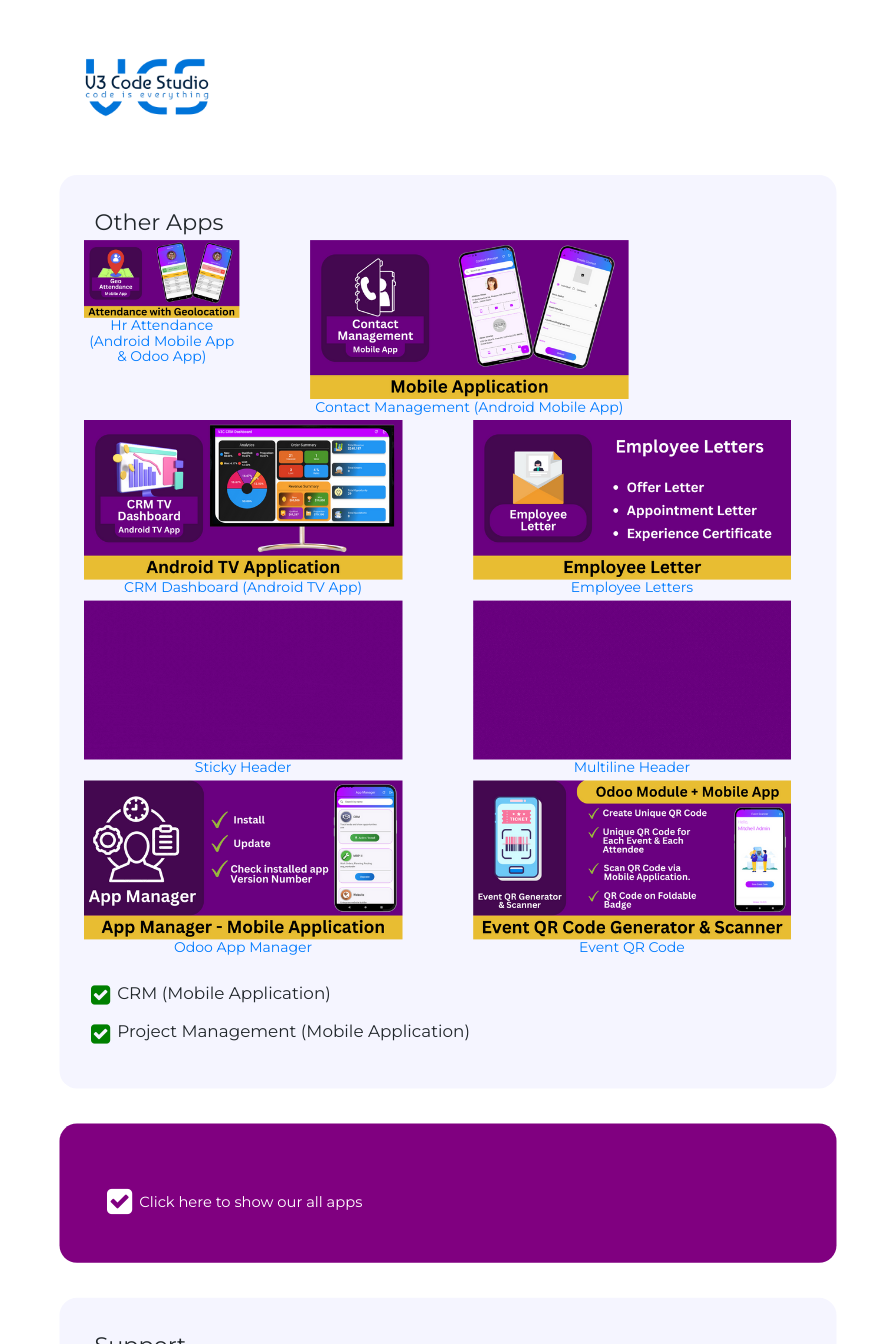
Repository: VivekVithlani/odoo_apps_list
Page: index.html
An editor plug-in stored every save of this project. The page is shown before and after a run of saves, followed by the edit.
The browser window is 1280 px wide. The pictures show the part of the page from y = 0 to 1920 px (the page is 2569 px tall before and 2591 px after), at 70% of full size.

Above is the page before, as saved 2023-12-14 15:18:11.

### index.html
<?xml version="1.0" encoding="utf-8" ?>
<!DOCTYPE html PUBLIC "-//W3C//DTD XHTML 1.0 Transitional//EN" "http://www.w3.org/TR/xhtml1/DTD/xhtml1-transitional.dtd">
<html xmlns="http://www.w3.org/1999/xhtml" xml:lang="en" lang="en">
  <head>
    <meta charset="utf-8" />
    <meta http-equiv="X-UA-Compatible" content="IE=edge" />
    <title>Document</title>
    <meta name="viewport" content="width=device-width, initial-scale=1" />
    <link
      rel="stylesheet"
      href="https://stackpath.bootstrapcdn.com/bootstrap/4.3.1/css/bootstrap.min.css"
    />
    <link
      href="https://fonts.googleapis.com/css?family=Montserrat"
      rel="stylesheet"
    />
    <link
      href="https://stackpath.bootstrapcdn.com/font-awesome/4.7.0/css/font-awesome.min.css"
      rel="stylesheet"
      integrity="sha384-wvfXpqpZZVQGK6TAh5PVlGOfQNHSoD2xbE+QkPxCAFlNEevoEH3Sl0sibVcOQVnN"
      crossorigin="anonymous"
    />
  </head>
  <!-- odoo description page css -->
  <style>
    h1,
    h2,
    h3,
    h4,
    h5,
    h6,
    .h1,
    .h2,
    .h3,
    .h4,
    .h5,
    .h6 {
      font-family: "Montserrat", sans-serif;
      font-weight: 400;
      line-height: 1.1;
      color: #21272b;
    }

    ul {
      color: #222020;
    }

    * {
      font-family: "Montserrat", sans-serif;
    }

    .sb-faq-container .panel .panel-heading a:before {
      content: "\f056";
      font-family: "FontAwesome";
      position: absolute;
      top: 7px;
      left: 5px;
      bottom: auto;
      right: auto;
      color: #3b3b98;
    }

    .sb-faq-container .panel .panel-heading a.collapsed:before {
      content: "\f055";
      font-family: "FontAwesome";
      position: absolute;
      top: 7px;
      left: 5px;
      bottom: auto;
      right: auto;
      color: #3b3b98;
    }
  </style>

  <body>
    <div class="container">
      <div
        style="
          margin: 0px;
          width: 100%;
          align-items: center;
          align-self: center;
        "
      >
        <img
          style="align-self: center; height: 250px"
          src="./vcs_icon.png"
          alt="Icon"
          class="inline"
          loading="lazy"
        />
      </div>

      <!-- Other Apps -->
      <div
        style="
          padding: 50px;
          margin-bottom: 50px;
          background: #f5f5ff;
          border-radius: 25px;
        "
      >
        <h2>Other Apps</h2>

        <div class="row" style="width: 100%">
          <div style="width: 22%; justify-content: center">
            <div>
              <img
                style="align-self: center; width: 100%; height: auto"
                src="./AppsBanner/attendance_mobile_app.png"
                alt="ServerDetails"
                class="inline"
                loading="lazy"
              />
            </div>
            <div>
              <h5 style="text-align: center">
                <a
                  href="https://apps.odoo.com/apps/modules/16.0/v3c_hr_attendance"
                  >Hr Attendance (Android Mobile App & Odoo App)</a
                >
              </h5>
            </div>
          </div>
          <div style="width: 10%"></div>
          <div style="width: 45%; justify-content: center">
            <div>
              <img
                style="align-self: center; width: 100%; height: auto"
                src="./AppsBanner/contact_manager_android_app.png"
                alt="ServerDetails"
                class="inline"
                loading="lazy"
              />
            </div>
            <div>
              <h5 style="text-align: center">
                <a
                  href="https://apps.odoo.com/apps/modules/16.0/v3c_contact_management/"
                  >Contact Management (Android Mobile App)</a
                >
              </h5>
            </div>
          </div>
        </div>

        <div class="row" style="width: 100%">
          <div style="width: 45%; justify-content: center">
            <div>
              <img
                style="align-self: center; width: 100%; height: auto"
                src="./AppsBanner/crm_dashboard_tv_app.png"
                alt="ServerDetails"
                class="inline"
                loading="lazy"
              />
            </div>
            <div>
              <h5 style="text-align: center">
                <a
                  href="https://apps.odoo.com/apps/modules/16.0/v3c_crm_dashboard/"
                  >CRM Dashboard (Android TV App)</a
                >
              </h5>
            </div>
          </div>
          <div style="width: 10%"></div>
          <div style="width: 45%; justify-content: center">
            <div>
              <img
                style="align-self: center; width: 100%; height: auto"
                src="./AppsBanner/employee_letter_app.png"
                alt="ServerDetails"
                class="inline"
                loading="lazy"
              />
            </div>
            <div>
              <h5 style="text-align: center">
                <a
                  href="https://apps.odoo.com/apps/modules/15.0/v3c_employee_letters/"
                  >Employee Letters</a
                >
              </h5>
            </div>
          </div>
        </div>

        <div class="row" style="width: 100%">
          <div style="width: 45%; justify-content: center">
            <div>
              <img
                style="align-self: center; width: 100%; height: auto"
                src="./AppsBanner/stickey_headers_app.gif"
                alt="ServerDetails"
                class="inline"
                loading="lazy"
              />
            </div>

            <!-- Sticky Header -->
            <div>
              <h5 style="text-align: center">
                <a
                  href="https://apps.odoo.com/apps/modules/16.0/v3c_sticky_header/"
                  >Sticky Header</a
                >
              </h5>
            </div>
          </div>
          <div style="width: 10%"></div>

          <div style="width: 45%; justify-content: center">
            <div>
              <img
                style="align-self: center; width: 100%; height: auto"
                src="./AppsBanner/multiline_header.gif"
                alt="ServerDetails"
                class="inline"
                loading="lazy"
              />
            </div>

            <!-- Mulyiline Header -->
            <div>
              <h5 style="text-align: center">
                <a
                  href="https://apps.odoo.com/apps/modules/15.0/v3c_table_header_multiline/"
                  >Multiline Header</a
                >
              </h5>
            </div>
          </div>
        </div>

        <div class="row" style="width: 100%">
          <div style="width: 45%; justify-content: center">
            <div>
              <img
                style="align-self: center; width: 100%; height: auto"
                src="./AppsBanner/AppManager.png"
                alt="ServerDetails"
                class="inline"
                loading="lazy"
              />
            </div>

            <!-- Odoo App Manager -->
            <div>
              <h5 style="text-align: center">
                <a
                  href="https://apps.odoo.com/apps/modules/16.0/app_manager_module/"
                  >Odoo App Manager</a
                >
              </h5>
            </div>
          </div>
          <div style="width: 10%"></div>

          <!-- Event QR Code Start -->
          <div style="width: 45%; justify-content: center">
            <div>
              <img
                style="align-self: center; width: 100%; height: auto"
                src="./AppsBanner/event_qr_code.png"
                alt="ServerDetails"
                class="inline"
                loading="lazy"
              />
            </div>

            <!-- Event QR Code -->
            <div>
              <h5 style="text-align: center">
                <a
                  href="https://apps.odoo.com/apps/modules/16.0/odoo_event_qrcode/"
                  >Event QR Code</a
                >
              </h5>
            </div>
          </div>
          <!-- Event QR Code End -->

          <div style="width: 45%; justify-content: center"></div>
        </div>
        <br />

        <!-- CRM Mobile App -->
        <div class="row" style="padding: 10px">
          <i
            class="fa fa-check-square fa-2x"
            style="color: green; padding-right: 10px"
            aria-hidden="true"
          ></i>
          <h4>CRM (Mobile Application)</h4>
        </div>

        <!-- Project Management Mobile App -->
        <div class="row" style="padding: 10px">
          <i
            class="fa fa-check-square fa-2x"
            style="color: green; padding-right: 10px"
            aria-hidden="true"
          ></i>
          <h4>Project Management (Mobile Application)</h4>
        </div>
      </div>
      <!-- Other Apps End-->

      <div
        style="
          padding: 50px;
          margin-bottom: 50px;
          background-color: purple;
          border-radius: 25px;
          color: white;
        "
      >
        <a
          style="
            align-self: center;
            text-align: center;
            border-radius: 10px;
            background-color: purple;
            color: white;
            margin-top: 25px;
            font-size: 21px;
          "
          class="d-flex align-items-center px-2 py-3"
          href="https://apps.odoo.com/apps/browse?repo_maintainer_id=509726"
        >
          <i
            class="fa fa-check-square fa-2x"
            style="margin-right: 10px; margin-left: 10px"
            aria-hidden="true"
          ></i>
          Click here to show our all apps
        </a>
        <!--
        <a
          style="
            align-self: center;
            text-align: center;
            border-radius: 10px;
            color: white;
            margin-top: 25px;
          "
          class="d-flex align-items-center px-2 py-3"
          href="https://apps.odoo.com/apps/browse?repo_maintainer_id=509726"
        >
          <h2>Click here to show all apps list</h2>
        </a> -->
      </div>

      <div
        style="
          padding: 50px;
          margin-bottom: 50px;
          background: #f5f5ff;
          border-radius: 25px;
        "
      >
        <h2>Support</h2>
        <div style="align-items: center; text-align: center">
          <img
            style="align-self: center; height: 250px"
            src="./vcs_icon.png"
            alt="ServerDetails"
            class="inline"
            loading="lazy"
          />
        </div>

        <div style="margin-top: 25px; align-self: center">
          <h5>
            Please feel free to contact us at
            <a href="mailto:v3codestudio@gmail.com?subject=Me&body=Hello!"
              ><code>v3codestudio@gmail.com</code></a
            >
            if you have any questions or concerns. We are always happy to assist
            you!
          </h5>

          <div class="row">
            <div style="width: 40%">
              <a
                style="
                  align-self: center;
                  text-align: center;
                  border-radius: 10px;
                  background-color: purple;
                  color: white;
                  margin-top: 25px;
                "
                class="d-flex align-items-center px-2 py-3"
                href="mailto:v3codestudio@gmail?subject=Me&body=Hello!"
              >
                <i
                  class="fa fa-envelope fa-2x"
                  style="margin-right: 10px; margin-left: 10px"
                  aria-hidden="true"
                ></i>
                v3codestudio@gmail.com
              </a>
            </div>

            <div style="width: 40%">
              <a
                style="
                  align-self: center;
                  text-align: center;
                  border-radius: 10px;
                  background-color: purple;
                  color: white;
                  margin-top: 25px;
                  margin-left: 25px;
                "
                class="d-flex align-items-center px-2 py-3"
                href="mailto:v3codestudio@gmail?subject=Request Customization&body=Hello!"
              >
                <i
                  class="fa fa-mobile fa-2x"
                  style="margin-right: 10px; margin-left: 10px"
                  aria-hidden="true"
                ></i>
                Request Customization
              </a>
            </div>

            <div style="width: 40%">
              <a
                style="
                  align-self: center;
                  text-align: center;
                  border-radius: 10px;
                  background-color: purple;
                  color: white;
                  margin-top: 25px;
                "
                class="d-flex align-items-center px-2 py-3"
                href="mailto:v3codestudio@gmail?subject=Request for Mobile Application&body=Hello!"
              >
                <i
                  class="fa fa-check-square fa-2x"
                  style="margin-right: 10px; margin-left: 10px"
                  aria-hidden="true"
                ></i>
                Request for Mobile Application
              </a>
            </div>
          </div>
        </div>
      </div>

      <hr class="rounded" />
    </div>
  </body>
</html>

After the next 2 saves:
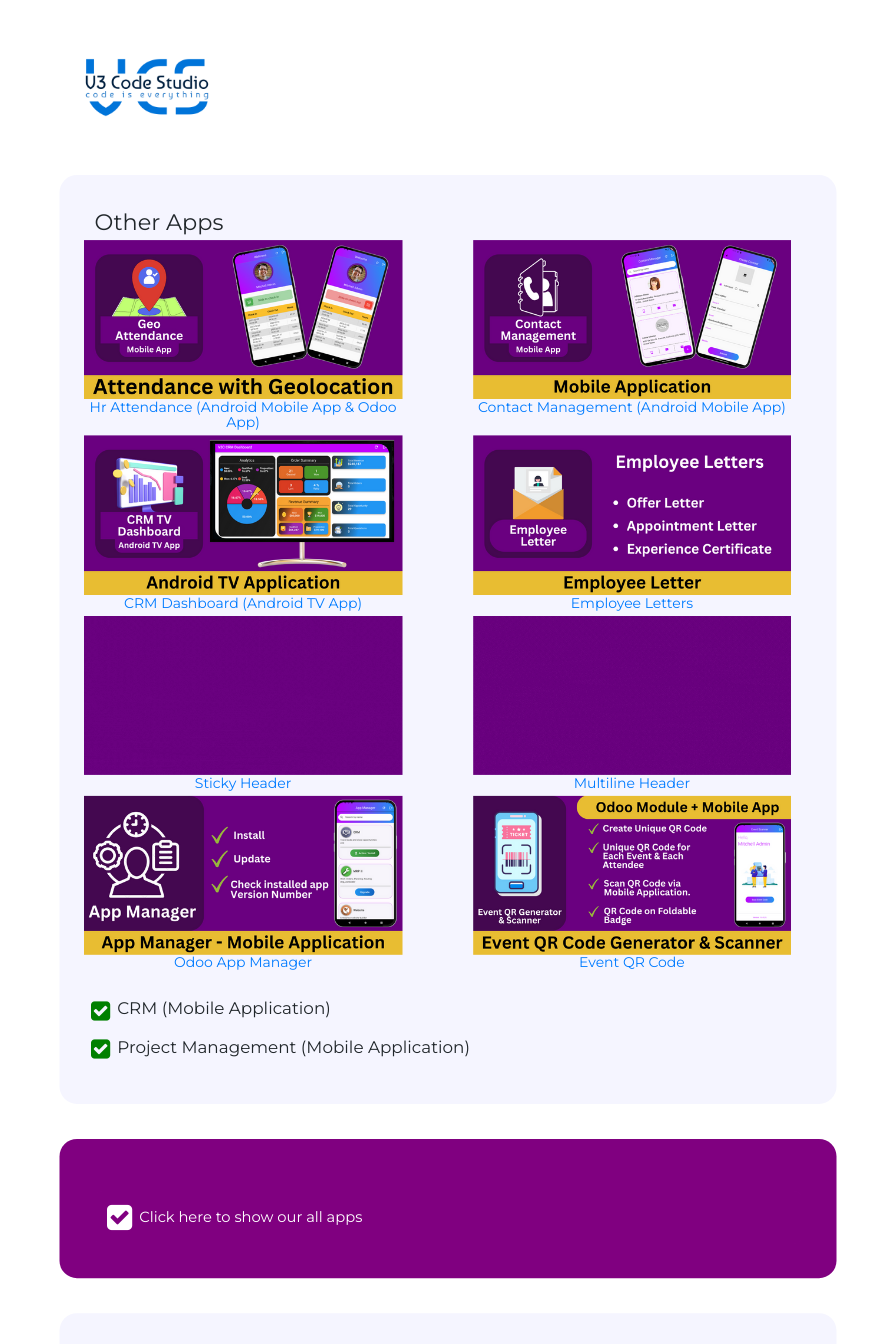
The 2 saves are shown as one change because they came seconds apart.
The last was saved 7 s later.
--- a/index.html
+++ b/index.html
@@ -103,7 +103,7 @@
         <h2>Other Apps</h2>
 
         <div class="row" style="width: 100%">
-          <div style="width: 22%; justify-content: center">
+          <div style="width: 45%; justify-content: center">
             <div>
               <img
                 style="align-self: center; width: 100%; height: auto"
